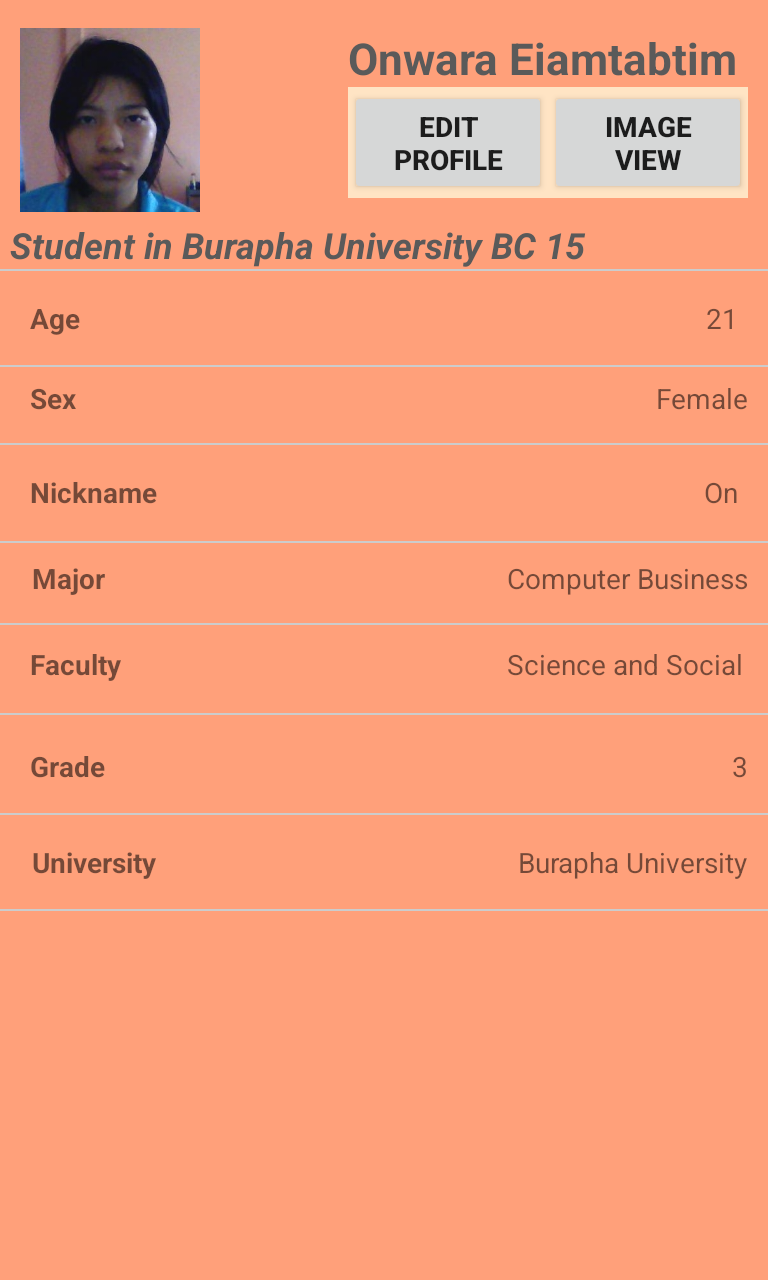
Repository: Android55410599/PROFILE
Layout: Resume_55410559/res/layout/activity_main.xml
The author's editor kept a copy of each file at every save. The layout is drawn from the files as they stood at one save, then again after the next save.
It is drawn on a 768 x 1280 px phone screen (xhdpi) without system bars, with theme AppTheme; the app's code is not run.

Above is the layout before, as saved 2014-09-06 07:07:22.

After the next save:
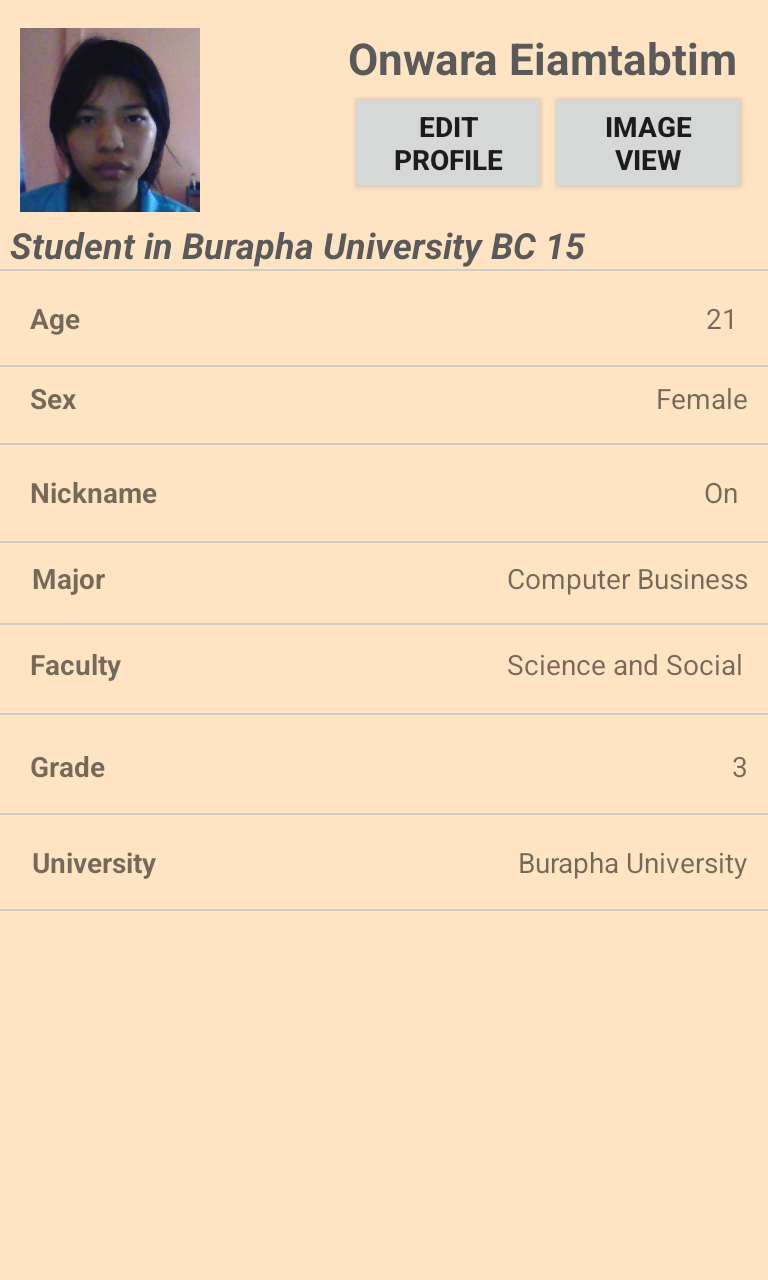
Saved 40 s later.
--- a/Resume_55410559/res/layout/activity_main.xml
+++ b/Resume_55410559/res/layout/activity_main.xml
@@ -2,7 +2,7 @@
     xmlns:tools="http://schemas.android.com/tools"
     android:layout_width="match_parent"
     android:layout_height="match_parent"
-    android:background="#FFA07A"
+    android:background="#FFE4C4"
     tools:context="com.example.resume_55410599.MainActivity" >
 
     <LinearLayout
